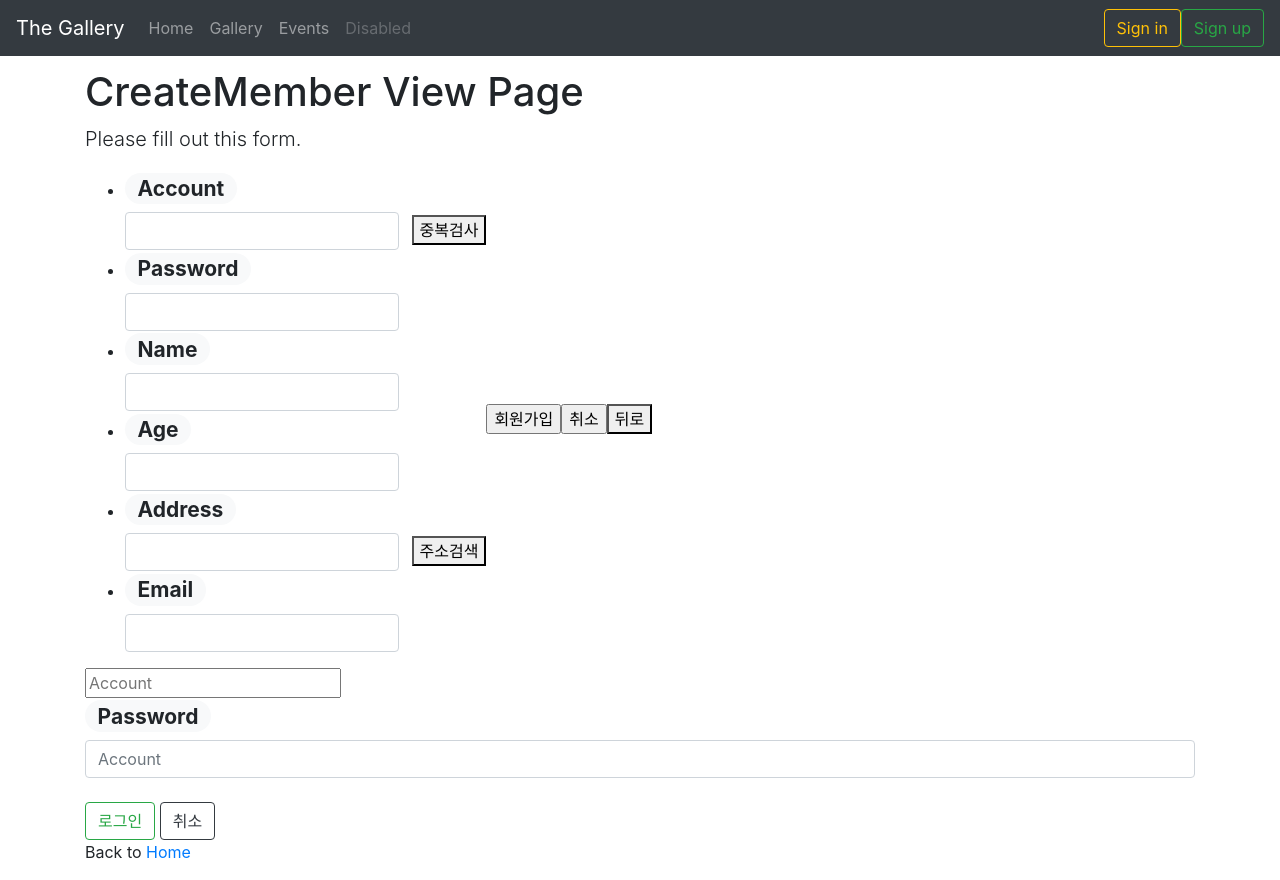
Repository: caramelsyrup/SpringProject1
Page: http://localhost/gallery/WEB-INF/views/member/createMember.jsp
An editor plug-in stored every save of this project. The page is shown before and after the next save, followed by the edit.
The browser window is 1280 px wide. The pictures show the whole page.
The page is served by Tomcat 9. Nobody is signed in. Other server files are loaded and not shown. The template is opened directly, without the code that normally fills it, so the values that code supplies are empty.

Above is the page before, as saved 2020-11-17 03:48:51.

### gallery/src/main/webapp/WEB-INF/views/member/createMember.jsp
<%@ page language="java" contentType="text/html; charset=UTF-8" pageEncoding="UTF-8"%>
<%@ include file="/resources/includes/header.jsp" %>
<!DOCTYPE html>
<html>
<head>
<meta charset="UTF-8">
<title>createMember Page</title>
</head>
<main role="main" class="flex-shrink-1" style="margin-top: 20px">
  <div class="container">
    <h1 class="mt-5">CreateMember View Page</h1>
    <p class="lead">Please fill out this form.</p>
    <form  class="form-inline mt-2 mt-md-0" action="/member/createMember" method="post" id="createForm">
		<ul>
			<li>
				<h3><span class="badge badge-pill badge-light">Account</span></h3>
				<!-- 회원 아이디, 시큐리티 떄문에 username으로 정함 -->
				<input class="form-control mr-sm-2" type="text" name="username" id="username"/>
				<button type="button" id="btnIDchk">중복검사</button>
			</li>
			<li>
				<h3><span class="badge badge-pill badge-light">Password</span></h3>
				<!-- 회원 비밀번호 -->
				<input class="form-control mr-sm-2" type="password" name="password" id="password"/>
			</li>
			<li>
				<h3><span class="badge badge-pill badge-light">Name</span></h3>
				<!-- 회원 이름 -->
				<input class="form-control mr-sm-2" type="text" name="membername" id="membername"/>
			</li>
			<li>
				<h3><span class="badge badge-pill badge-light">Age</span></h3>
				<!-- 회원 나이 -->
				<input class="form-control mr-sm-2" type="text" name="age" id="age"/>
			</li>
			<li>
				<h3><span class="badge badge-pill badge-light">Address</span></h3>
				<!-- 회원 주소 -->
				<input class="form-control mr-sm-2" type="text" name="address" id="address"/>
				<button type="button" id="btnAddr">주소검색</button>
			</li>
			<li>
				<h3><span class="badge badge-pill badge-light">Email</span></h3>
				<!-- 회원 이메일주소 -->
				<input class="form-control mr-sm-2" type="email" name="email" id="email"/>
			</li>
		</ul>
		<input type="button" id="btndoCreate" value="회원가입">
		<input type="reset" value="취소">
		<button type="button" onclick="history.back()">뒤로</button>
	</form>

        	<input  type="text" placeholder="Account" aria-label="Search" name="username" id="username"><br>
	    <h3><span class="badge badge-pill badge-light">Password</span></h3>
	    	<input class="form-control mr-sm-2" type="text" placeholder="Account" aria-label="Search" name="username" id="username"><br>
        <input class="btn btn-outline-success my-2 my-sm-0" type="button" id="btnLogin" value="로그인">
        <input class="btn btn-outline-dark my-2 my-sm-0" type="reset" value="취소">
   <p>Back to <a href="/">Home</a></p>
  </div>
  	<script src="/resources/js/member.js"></script>
</main>


</body>
</html>

### gallery/src/main/webapp/resources/includes/header.jsp
<%@ taglib prefix="c" uri="http://java.sun.com/jsp/jstl/core" %>
<!DOCTYPE html>
<html>
<head>
<meta charset="UTF-8">
    <meta charset="utf-8">
    <meta name="viewport" content="width=device-width, initial-scale=1, shrink-to-fit=no">
    <meta name="description" content="">
    <meta name="author" content="Mark Otto, Jacob Thornton, and Bootstrap contributors">
    <meta name="generator" content="Jekyll v4.1.1">
<script src="https://code.jquery.com/jquery-3.5.1.js" integrity="sha256-QWo7LDvxbWT2tbbQ97B53yJnYU3WhH/C8ycbRAkjPDc=" crossorigin="anonymous"></script>
<!-- Latest compiled and minified CSS -->
<link rel="stylesheet" href="https://stackpath.bootstrapcdn.com/bootstrap/4.5.2/css/bootstrap.min.css">
<!-- Latest compiled JavaScript -->
<script src="https://stackpath.bootstrapcdn.com/bootstrap/4.5.2/js/bootstrap.min.js"></script>
</head>
<!-- 최상단 -->
<body class="d-flex flex-column h-100">
    <header>
  <!-- Fixed navbar -->
  <nav class="navbar navbar-expand-md navbar-dark fixed-top bg-dark">
    <a class="navbar-brand" href="#">The Gallery</a>
    <button class="navbar-toggler" type="button" data-toggle="collapse" data-target="#navbarCollapse" aria-controls="navbarCollapse" aria-expanded="false" aria-label="Toggle navigation">
      <span class="navbar-toggler-icon"></span>
    </button>
    <div class="collapse navbar-collapse" id="navbarCollapse">
      <ul class="navbar-nav mr-auto">
        <li class="nav-item">
          <a class="nav-link" href="#">Home <!-- <span class="sr-only">(current)</span> --> </a>
        </li>
        <li class="nav-item">
          <a class="nav-link" href="#">Gallery</a>
        </li>
        <li class="nav-item">
          <a class="nav-link" href="#">Events</a>
        </li>
        <li class="nav-item">
	        <c:if test="${member.auth==0}">
	          <a class="nav-link" href="#">Info</a>
	        </c:if>
        </li>
        <li class="nav-item">
          <a class="nav-link disabled" href="#" tabindex="-1" aria-disabled="true">Disabled</a>
        </li>
      </ul>
       <c:choose>
       	<c:when test="${empty member.username}">
       		<a class="btn btn-outline-warning my-2 my-sm-0" href="/member/createMember">Sign in</a>
      		<a class="btn btn-outline-success my-2 my-sm-0" href="/customLogin">Sign up</a>
      	</c:when>
      	<c:otherwise>
        	<a class="btn btn-outline-success my-2 my-sm-0" href="/customLogout">Logout</a>
        </c:otherwise>
        </c:choose>
    </div>
  </nav>
</header>

Loaded but not shown: gallery/src/main/webapp/resources/js/member.js (no copy from this time; the picture is the same without it)

After the next save:
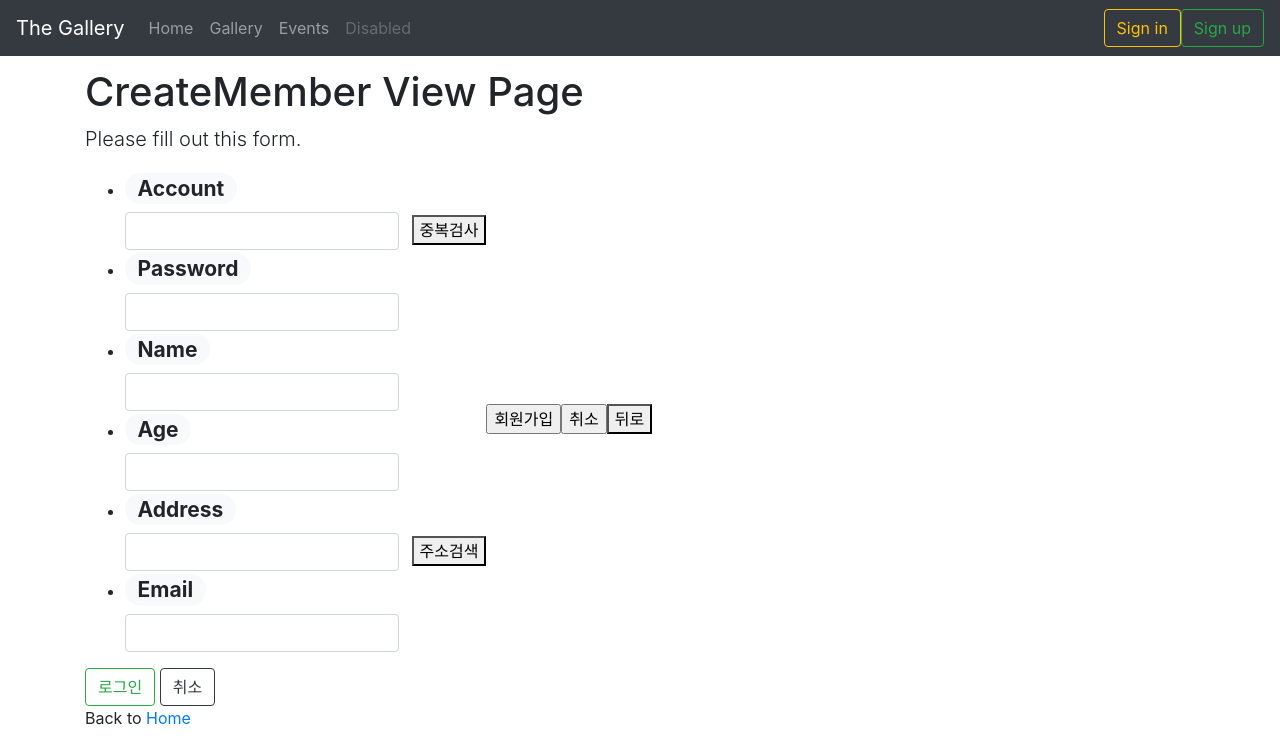
Saved 14 s later.
--- a/gallery/src/main/webapp/WEB-INF/views/member/createMember.jsp
+++ b/gallery/src/main/webapp/WEB-INF/views/member/createMember.jsp
@@ -49,10 +49,6 @@
 		<input type="reset" value="취소">
 		<button type="button" onclick="history.back()">뒤로</button>
 	</form>
-
-        	<input  type="text" placeholder="Account" aria-label="Search" name="username" id="username"><br>
-	    <h3><span class="badge badge-pill badge-light">Password</span></h3>
-	    	<input class="form-control mr-sm-2" type="text" placeholder="Account" aria-label="Search" name="username" id="username"><br>
         <input class="btn btn-outline-success my-2 my-sm-0" type="button" id="btnLogin" value="로그인">
         <input class="btn btn-outline-dark my-2 my-sm-0" type="reset" value="취소">
    <p>Back to <a href="/">Home</a></p>
